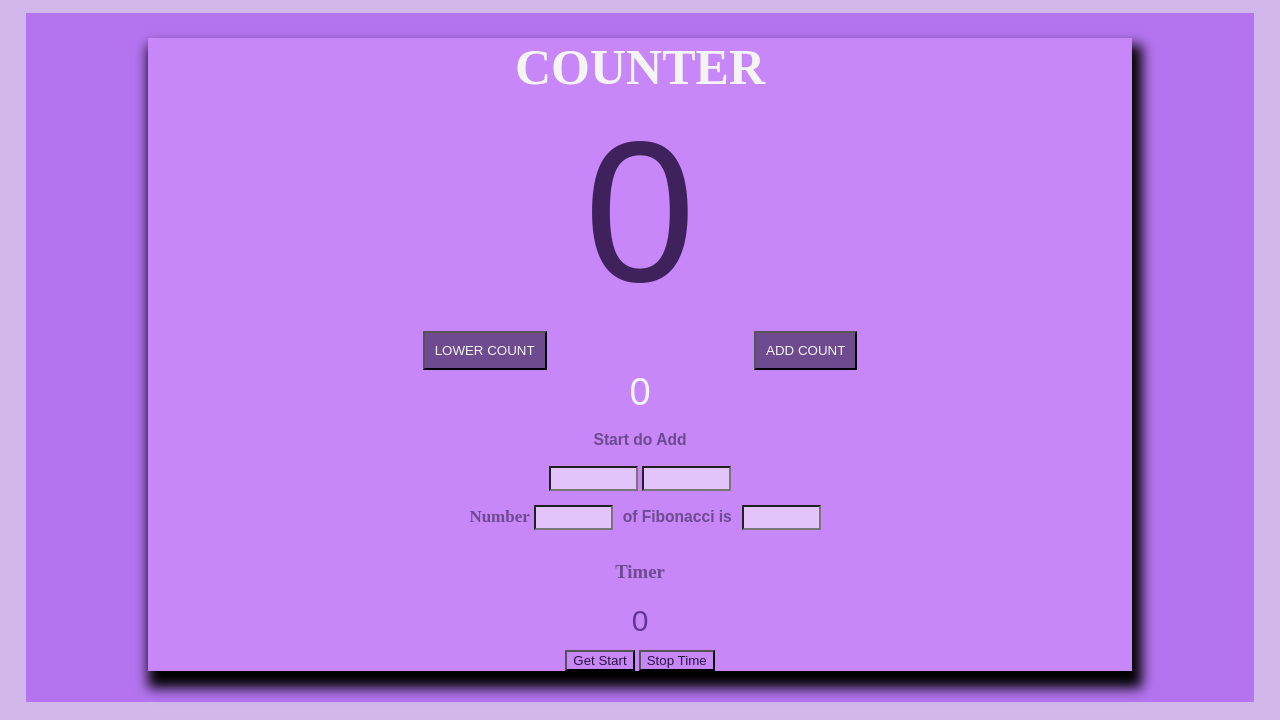
Repository: AnahitKhechumyan/Counter
Page: index.html
An editor plug-in stored every save of this project. The page is shown before and after the next save, followed by the edit.
The browser window is 1280 px wide. The pictures show the whole page.

Above is the page before, as saved 2022-02-16 02:15:10.

After the next save:
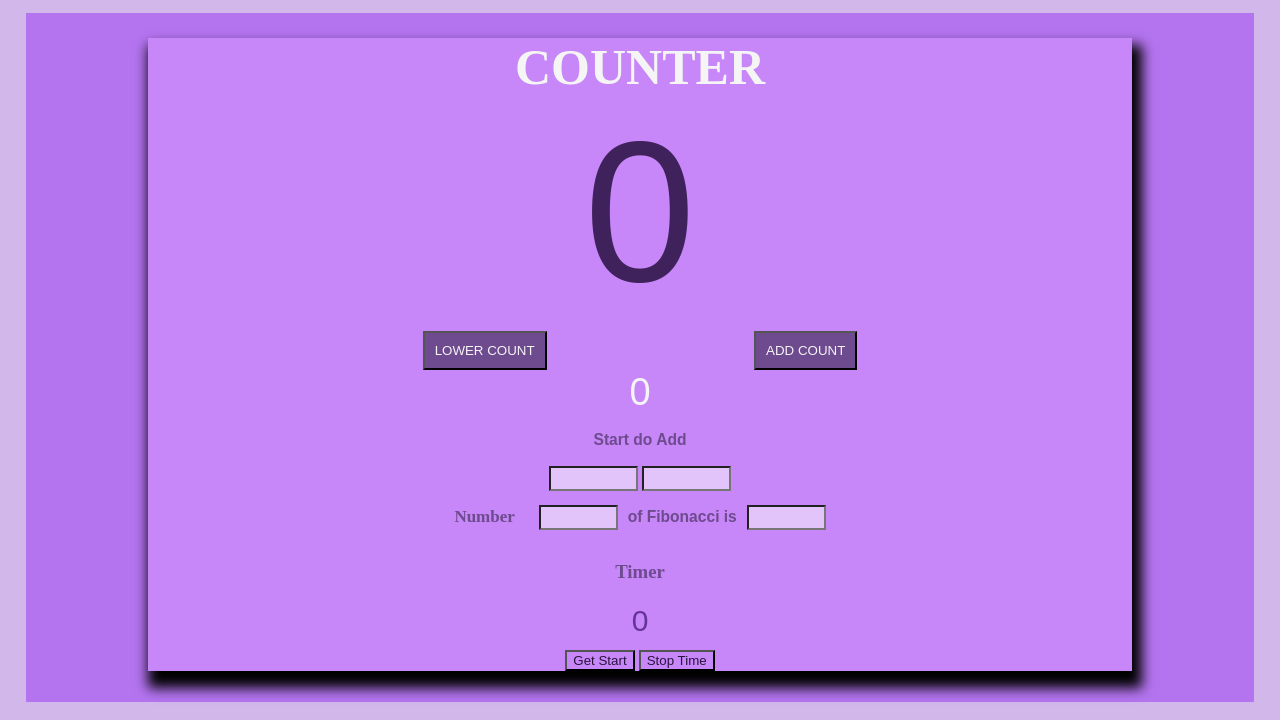
Saved 40 s later.
--- a/style.css
+++ b/style.css
@@ -86,7 +86,7 @@ input{
     font-size: 17px;
     font-weight: 700;
     color:rgb(110, 74, 143);
-    padding-left:10px;
+    margin-right: 20px;;
    }
 
 .timer{
